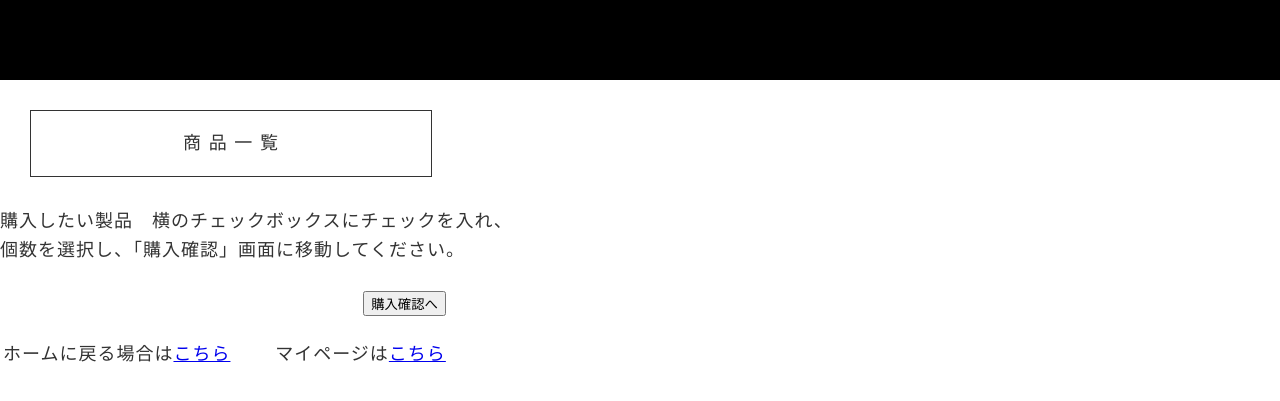
Repository: pokopen-6/test
Page: http://localhost/wood/buyItem.jsp
An editor plug-in stored every save of this project. The page is shown before and after the next save, followed by the edit.
The browser window is 1280 px wide. The pictures show the whole page.
The page is served by Tomcat 9. Other server files are loaded and not shown.

Above is the page before, as saved 2018-04-25 06:52:18.

### wood/WebContent/buyItem.jsp
<%@ page language="java" contentType="text/html; charset=UTF-8"
    pageEncoding="UTF-8"%>
<%@ taglib prefix="s" uri="/struts-tags" %>
<!DOCTYPE html>
<html>
<head>
<meta http-equiv="Content-Type" content="text/html; charset=UTF-8"/>
<meta http-equiv="Content-Style-Type" content="text/css" />
<meta http-equiv="Content-Script-Type" content="text/javascript" />
<meta http-equiv="imagetoolbar" content="no"/>
<meta name="description" content=""/>
<meta name="keywords" content=""/>
<title>商品一覧</title>
<style type="text/css">
	body {
		margin:0;
		padding:0;
		line-height:1.6;
		letter-spacing:1px;
		font-family:Verdana,Helvetica,sans-serif;
		font-size:18px;
		color:#333;
		background:#fff;
		}
	main {
		width:100%;
		}
	table {
		text-aign:center;
		margin:0 auto;
		float:left;

			}
	#top {
		width:400px;
		margin:30px;
		border:1px solid #333;
		text-align:center;
		}
	#header {
		width:100%;
		height:80px;
		background-color:black;
		text-align:center;
		}
	#x {
		float:left;
		clear:both;
		margin-left:15px;
			}
	#image {

		}

</style>
</head>
<body>
	<div id="header">
		<div id="pr">
		</div>
	</div>
	<div id="main">
		<div id="top">
			<p> 商  品  一  覧 </p>
		</div>
		<div>
		<p>購入したい製品　横のチェックボックスにチェックを入れ、<br>
			個数を選択し、「購入確認」画面に移動してください。</p></div>
		<div class="itemList">
		<s:form action="BuyItemAction">
		<table>
			<s:iterator value="productList">
			<tr>
				<td><div id="image">
				<img class="image" src="<s:property value='image_file_path'/>"  alt="Photo" width="500" height="350">
				</div></td>
				<th><div id="x"><input type="checkbox" value="1">製品名：<s:property value="product_name"/><br></div></th>
				<td><div id="x"><s:property value="product_description"/><br></div>
				<div id="x">個数：<select name="product_count">
					<option value="1" selected="selected">1</option>
					<option value="2">2</option>
					<option value="3">3</option>
					<option value="4">4</option>
					<option value="5">5</option>
				</select><br></div>
				<div id="x">製品価格（税込）￥<s:property value="product_price" /><br></div></td>

			</s:iterator>



			<tr>
				<td>
				<s:submit value="購入確認へ" />
				</td>
			</tr>
			<tr>
				<td>
					<p>ホームに戻る場合は<a href='<s:url action="GoHomeAction"/>'>こちら</a>
					　　マイページは<a href='<s:url action="MyPageAction"/>'>こちら</a></p>
				</td>
				</table>
			</s:form></div></div>








</body>
</html>

After the next save:
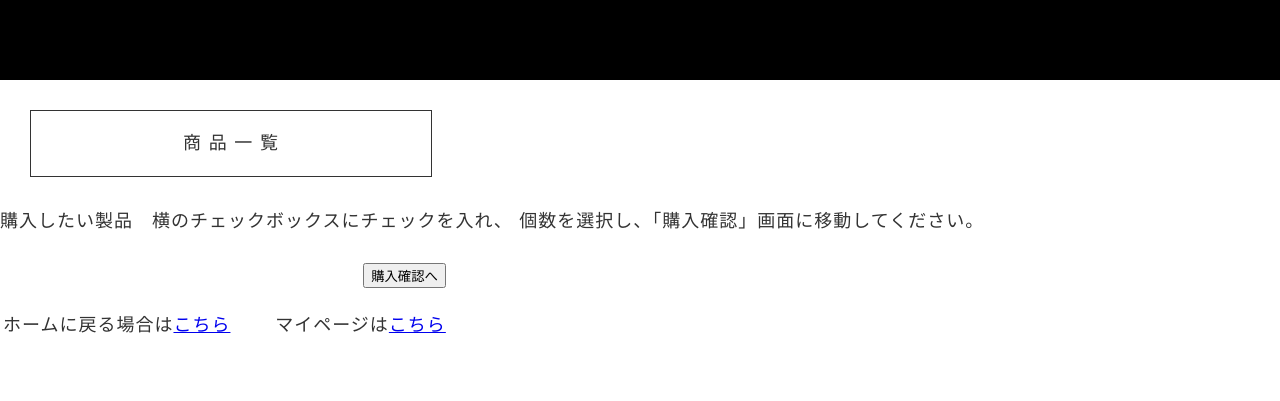
Saved 60 s later.
--- a/wood/WebContent/buyItem.jsp
+++ b/wood/WebContent/buyItem.jsp
@@ -63,8 +63,8 @@
 		<div id="top">
 			<p> 商  品  一  覧 </p>
 		</div>
-		<div>
-		<p>購入したい製品　横のチェックボックスにチェックを入れ、<br>
+		<div id="pp">
+		<p>購入したい製品　横のチェックボックスにチェックを入れ、
 			個数を選択し、「購入確認」画面に移動してください。</p></div>
 		<div class="itemList">
 		<s:form action="BuyItemAction">
